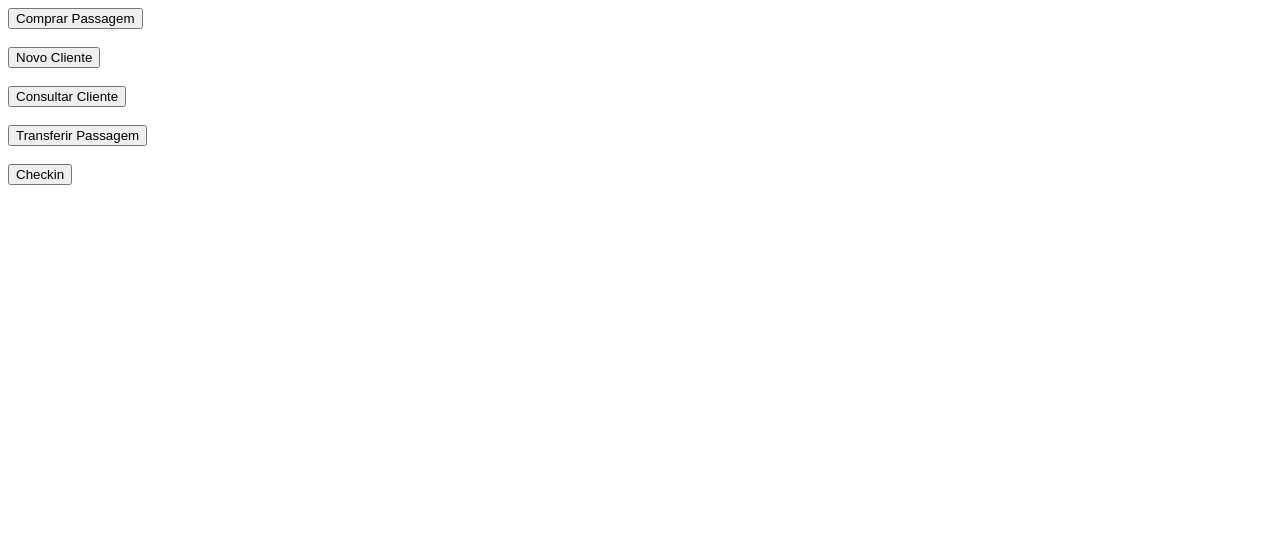
Repository: leal554/ProjetoVendaPassagemAereaWEB
Page: http://localhost/ProjetoVendaPassagemAereaWEB/MenuPassagem.jsp
An editor plug-in stored every save of this project. The page is shown before and after the next save, followed by the edit.
The browser window is 1280 px wide. The pictures show the whole page.
The page is served by Tomcat 9.

Above is the page before, as saved 2015-10-16 01:11:08.

After the next save:
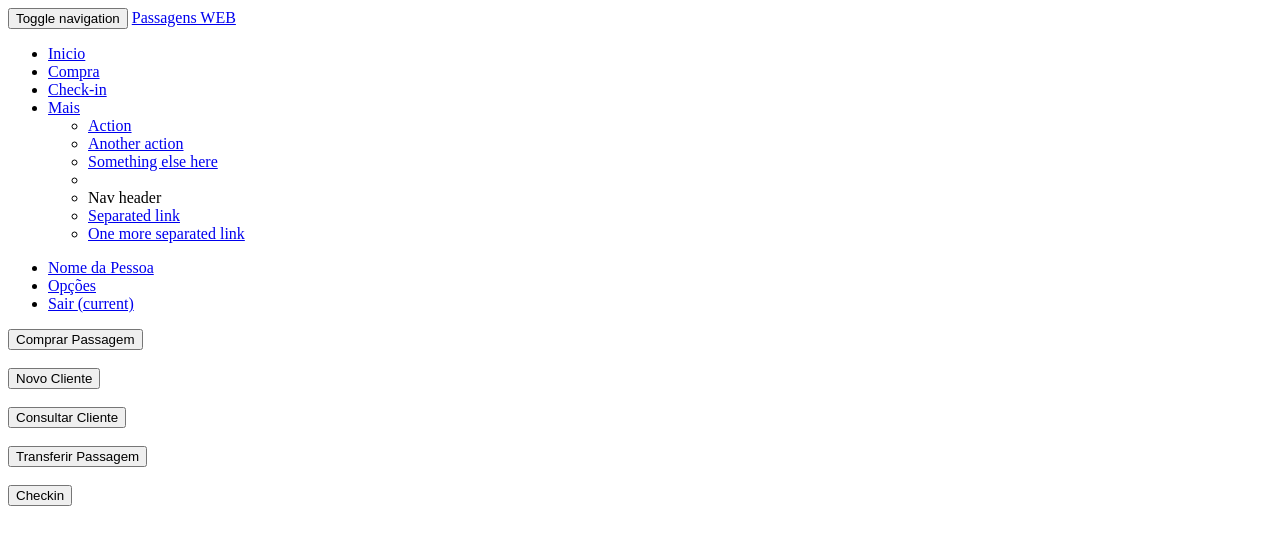
Saved 18 s later.
--- a/ProjetoVendaPassagemAereaWEB/WebContent/MenuPassagem.jsp
+++ b/ProjetoVendaPassagemAereaWEB/WebContent/MenuPassagem.jsp
@@ -7,6 +7,43 @@
 <title>Menu Passagem</title>
 </head>
 <body>
+<nav class="navbar navbar-default navbar-fixed-top">
+      <div class="container">
+        <div class="navbar-header">
+          <button type="button" class="navbar-toggle collapsed" data-toggle="collapse" data-target="#navbar" aria-expanded="false" aria-controls="navbar">
+            <span class="sr-only">Toggle navigation</span>
+            <span class="icon-bar"></span>
+            <span class="icon-bar"></span>
+            <span class="icon-bar"></span>
+          </button>
+          <a class="navbar-brand" href="#">Passagens WEB</a>
+        </div>
+        <div id="navbar" class="navbar-collapse collapse">
+          <ul class="nav navbar-nav">
+            <li class="active"><a href="#">Inicio</a></li>
+            <li><a href="#about">Compra</a></li>
+            <li><a href="#contact">Check-in</a></li>
+            <li class="dropdown">
+              <a href="#" class="dropdown-toggle" data-toggle="dropdown" role="button" aria-haspopup="true" aria-expanded="false">Mais <span class="caret"></span></a>
+              <ul class="dropdown-menu">
+                <li><a href="#">Action</a></li>
+                <li><a href="#">Another action</a></li>
+                <li><a href="#">Something else here</a></li>
+                <li role="separator" class="divider"></li>
+                <li class="dropdown-header">Nav header</li>
+                <li><a href="#">Separated link</a></li>
+                <li><a href="#">One more separated link</a></li>
+              </ul>
+            </li>
+          </ul>
+          <ul class="nav navbar-nav navbar-right">
+            <li><a href="../navbar/">Nome da Pessoa</a></li>
+            <li><a href="../navbar-static-top/">Opções</a></li>
+            <li class="active"><a href="./">Sair <span class="sr-only">(current)</span></a></li>
+          </ul>
+        </div><!--/.nav-collapse -->
+      </div>
+    </nav>
 	<div>
 		<button onclick="window.location.href='./LoginComprarPassagem.jsp'">Comprar Passagem</button>
 	</div>
